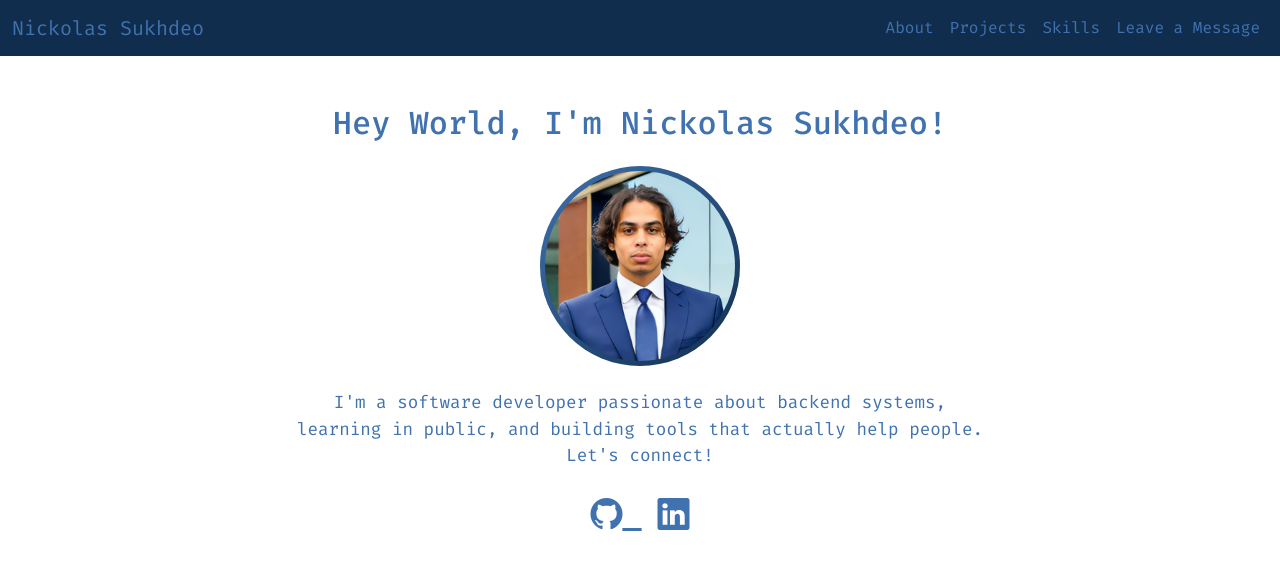
Repository: nlsukhde/porfolio
Page: index.html
An editor plug-in stored every save of this project. The page is shown before and after the next save, followed by the edit.
The browser window is 1280 px wide. The pictures show the whole page.

Above is the page before, as saved 2025-06-19 18:05:34.

After the next save:
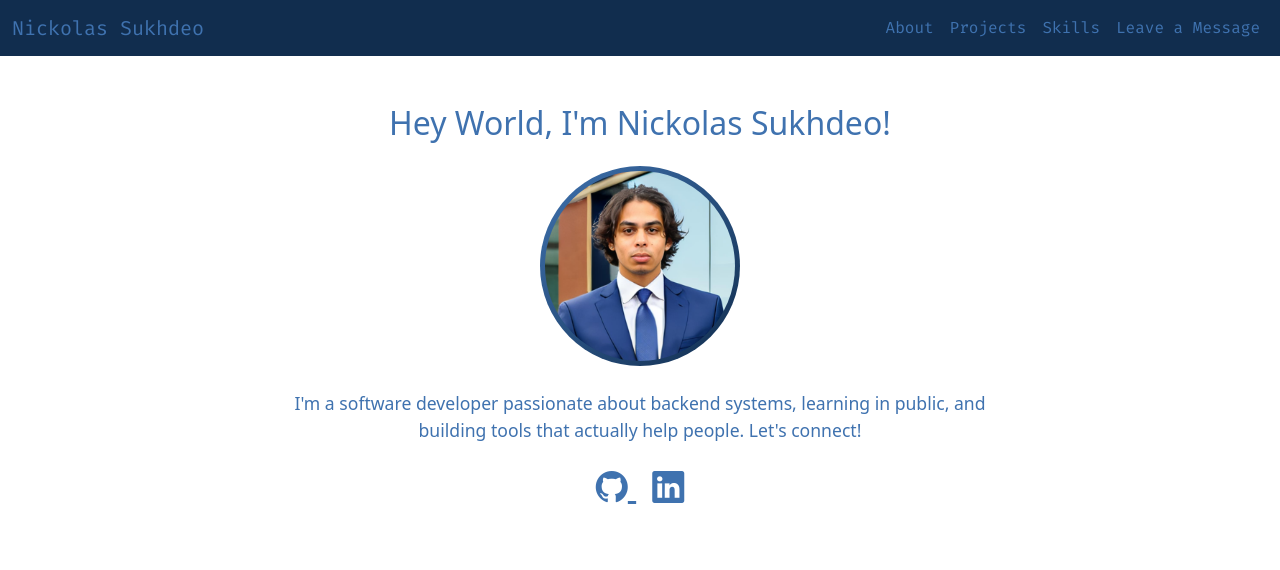
Saved 111 s later.
--- a/app.css
+++ b/app.css
@@ -9,7 +9,7 @@
 body{
   background-color: var(--color-bg);
   color: var(--color-text)!important;
-  font-family: "Fira Code", monospace !important;
+  font-family: "Fira Code", monospace;
 }
 
 .bi {

After the save that followed:
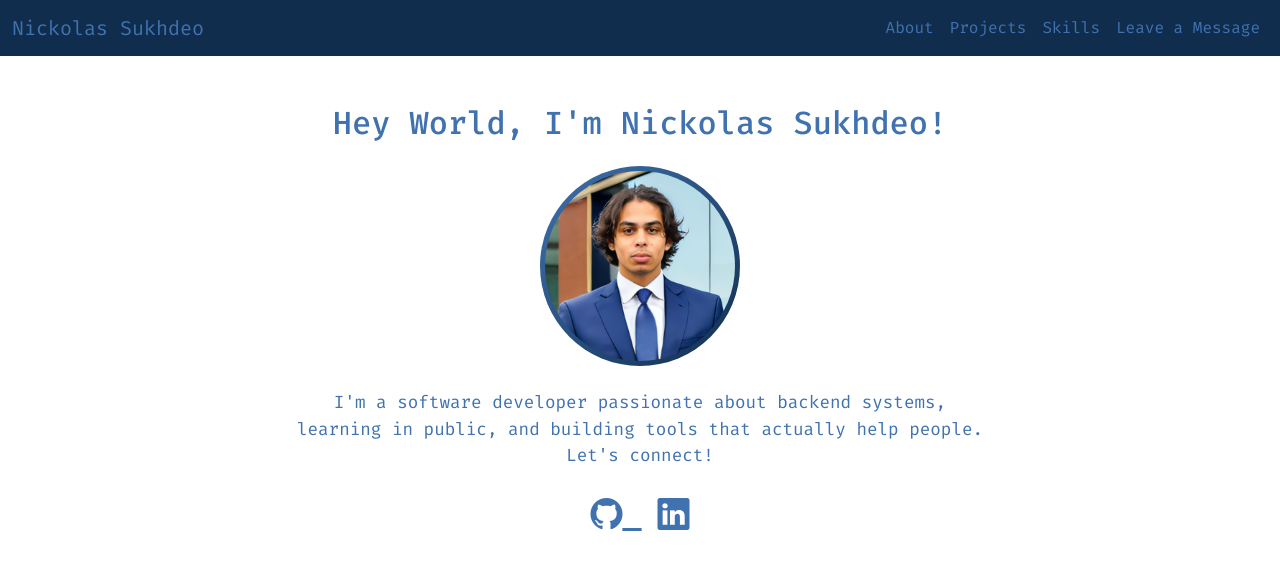
Saved 11 s later.
--- a/app.css
+++ b/app.css
@@ -9,7 +9,7 @@
 body{
   background-color: var(--color-bg);
   color: var(--color-text)!important;
-  font-family: "Fira Code", monospace;
+  font-family: "Fira Code", monospace !important;
 }
 
 .bi {
